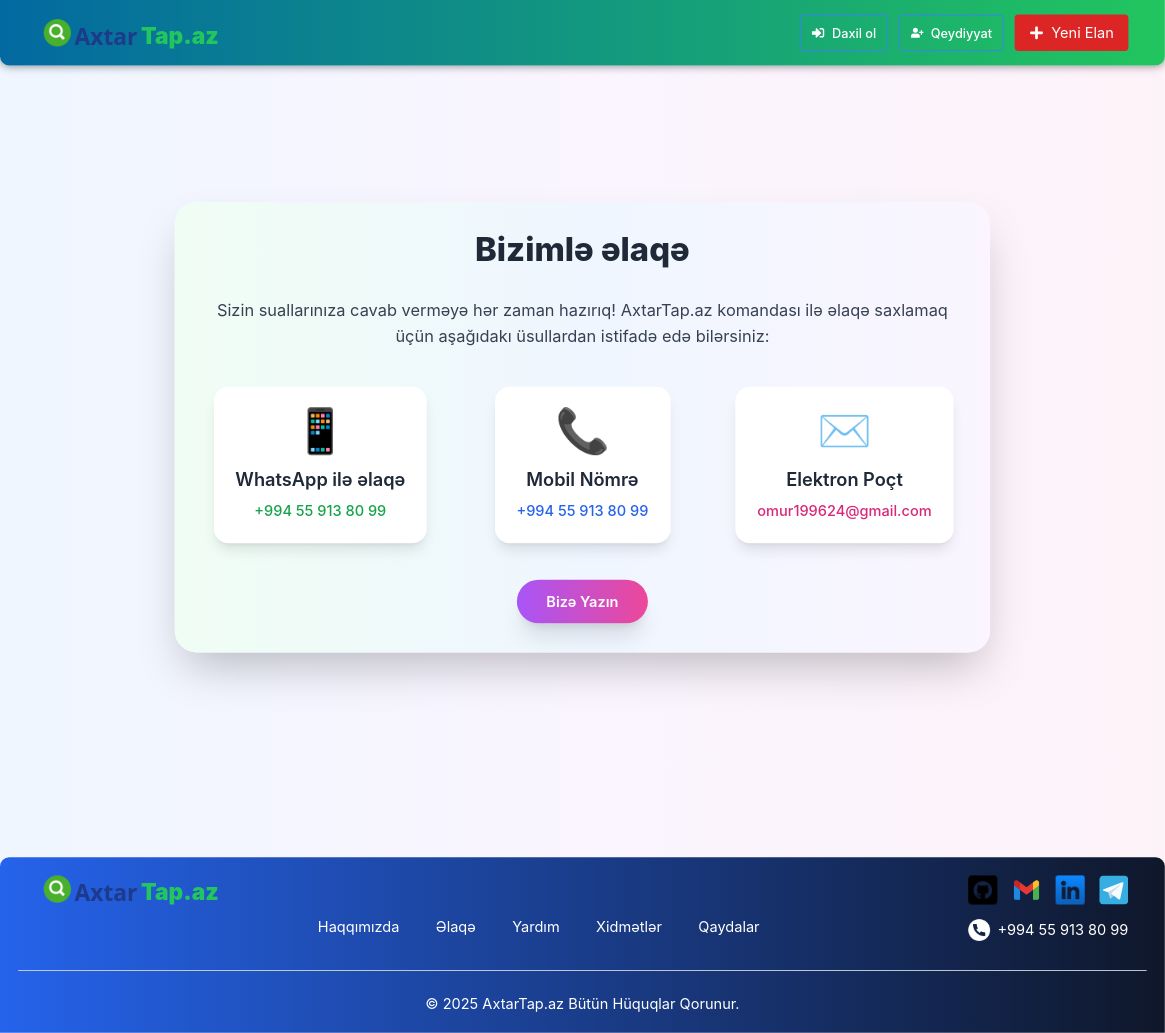
Repository: Omur56/AxtarTap.az
Page: /contact
The author's editor kept a copy of each file at every save. The page is drawn from the files as they stood at one save, then again after the next save.
The browser window is 1280 px wide. The pictures show the whole page, at 91% of full size.
The project was rebuilt for these pictures with package versions that can differ from the ones it lists, and the page was loaded fresh each time. Some packages were replaced by stand-ins written for this rebuild. Also part of the build but not shown: src/pages/Katalog/Cateqories/index.jsx, src/pages/Katalog/index.jsx, src/pages/About/index.jsx, src/pages/Qaydalar/index.jsx, src/pages/Yardım/index.jsx, src/pages/Xidmetler/index.jsx, src/pages/Home/index.jsx, src/components/CreatePostNeqliyyat/index.jsx and 32 more.

Above is the page before, as saved 2025-08-21 19:44:19.

After the next save:
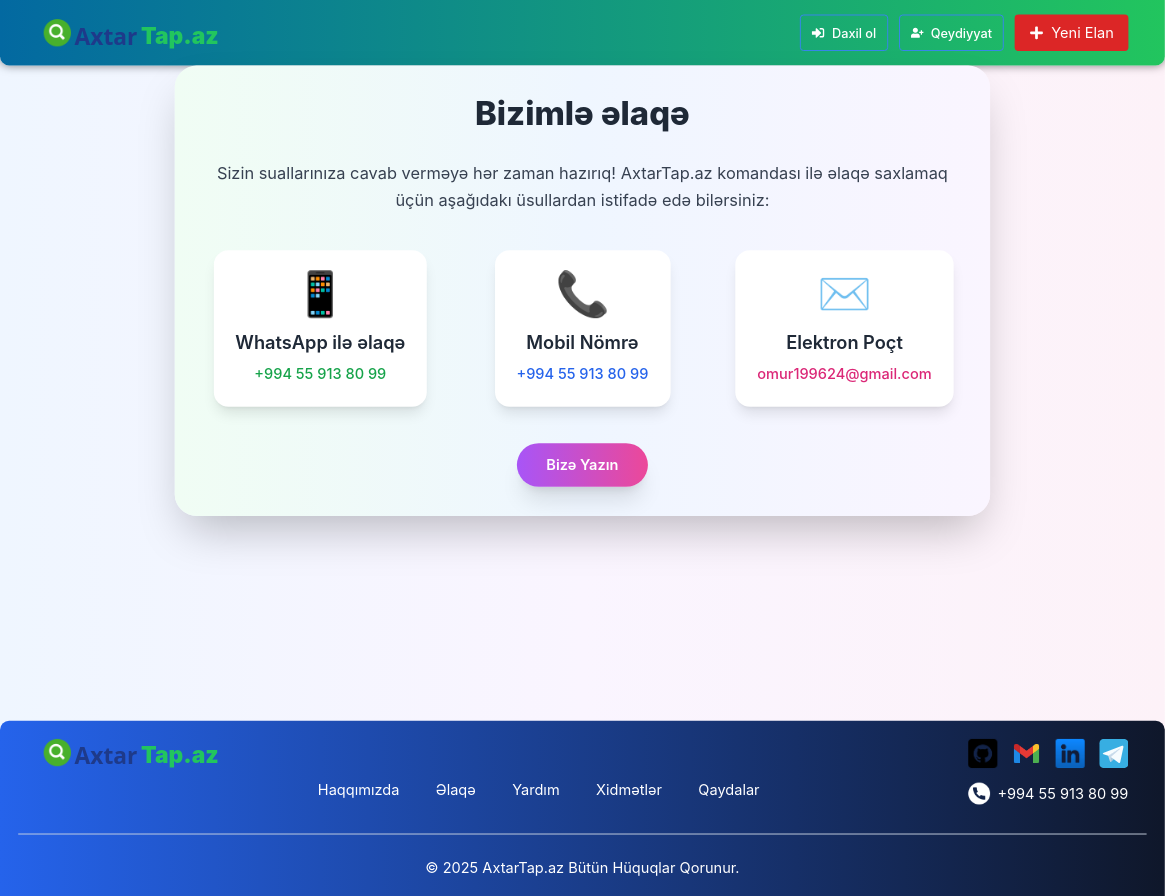
Saved 15 s later.
--- a/src/pages/Contact/index.jsx
+++ b/src/pages/Contact/index.jsx
@@ -4,7 +4,7 @@
 const Contact = () => {
     return (
         <div className="min-h-screen ">
-            <div className="max-w-4xl mx-auto p-8 mt-[150px] mb-12   bg-gradient-to-r from-green-50 via-blue-50 to-purple-50 rounded-3xl shadow-2xl">
+            <div className="max-w-4xl mx-auto p-8  mb-12   bg-gradient-to-r from-green-50 via-blue-50 to-purple-50 rounded-3xl shadow-2xl">
   <h2 className="text-4xl font-extrabold text-gray-800 mb-8 text-center">Bizimlə əlaqə</h2>
 
   <p className="text-gray-700 text-lg leading-relaxed text-center mb-10">
